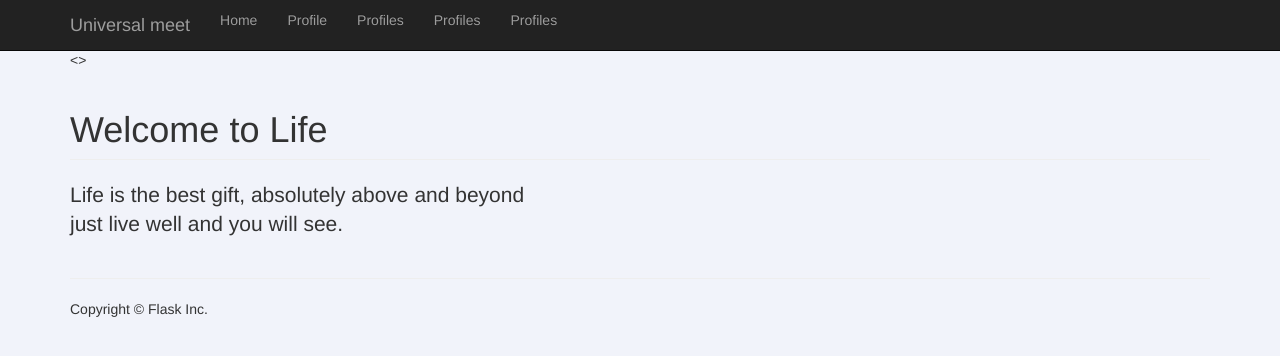
Repository: odane-peck/capstone
Page: app/templates/home.html
The author's editor kept a record of every edit. The page is drawn from the files as they stood at one moment, then again after the next edit.
The browser window is 1280 px wide. The pictures show the whole page.
The template is drawn by Flask 3. The application's start-up code is not run. The template is opened directly, without the code that normally fills it, so the values that code supplies are empty.

Above is the page before.

After the next edit:
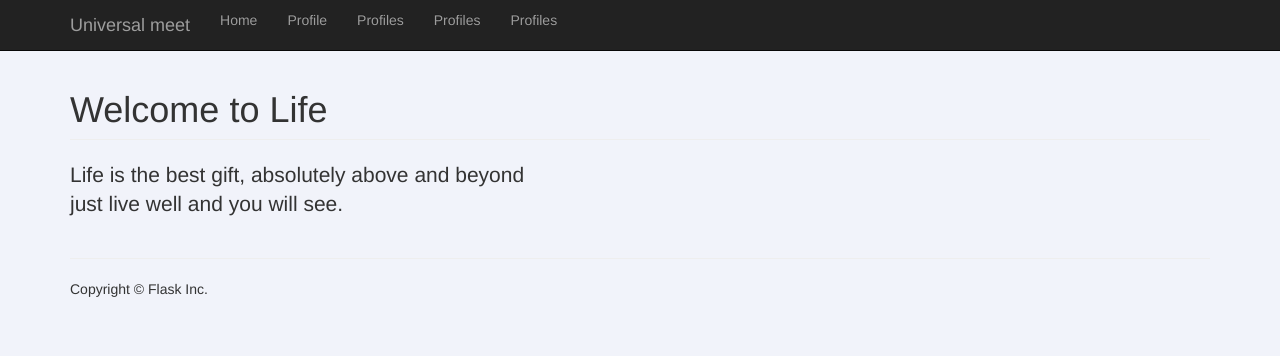
The edit:
--- a/app/templates/home.html
+++ b/app/templates/home.html
@@ -1,7 +1,7 @@
 {% extends "base.html" %}
 
 {% block main %}
-<>
+<div class="home1">
 <h1 class="page-header">Welcome to Life</h1>
 <p class="lead">Life is the best gift, absolutely above and beyond<br/>
 just live well and you will see.</p>
